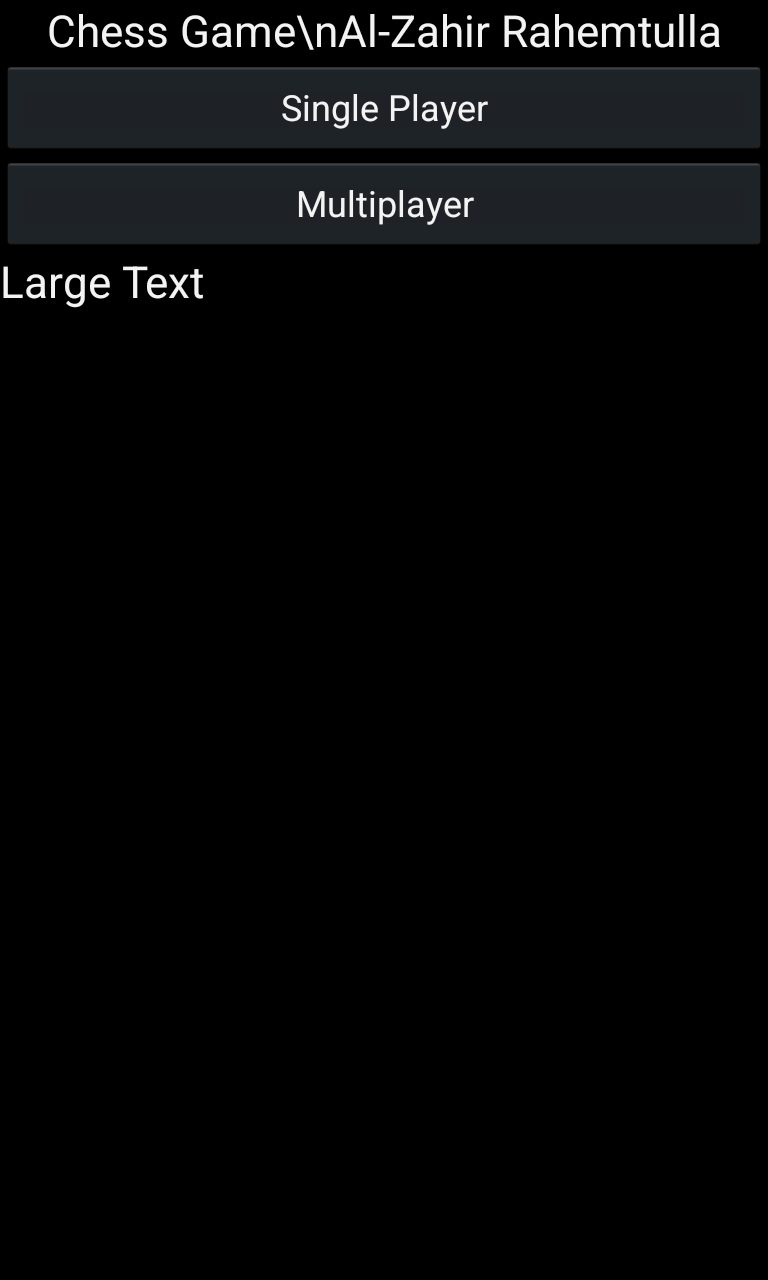
Repository: Al-Zahir/APCS
Layout: workspace/APCompFinal/res/layout/menu.xml
An editor plug-in stored every save of this project. The layout is shown before and after the next save, followed by the edit.
It is drawn on a 768 x 1280 px phone screen (xhdpi) without system bars, with theme android:Theme.Holo; the app's code is not run.

Above is the layout before, as saved 2015-06-01 13:19:50.

After the next save:
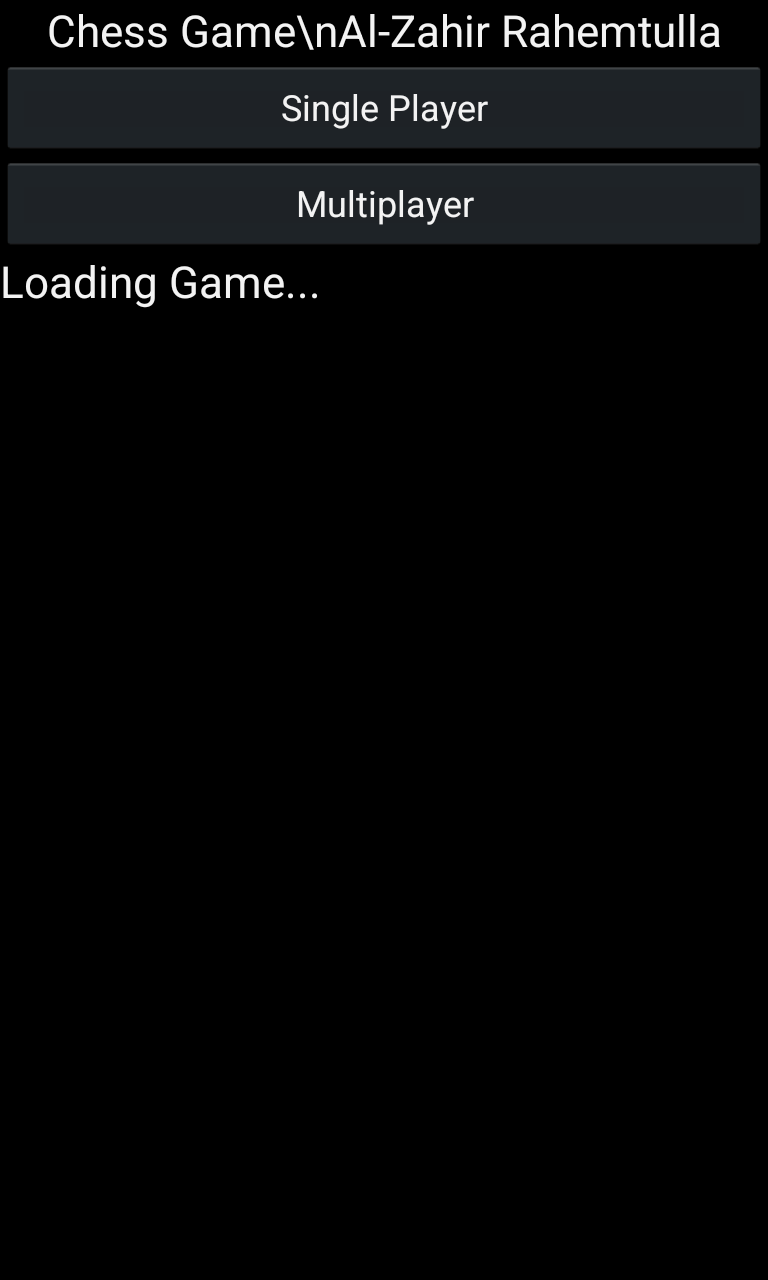
Saved 6 s later.
--- a/workspace/APCompFinal/res/layout/menu.xml
+++ b/workspace/APCompFinal/res/layout/menu.xml
@@ -28,7 +28,7 @@
         android:id="@+id/loadingMenu"
         android:layout_width="fill_parent"
         android:layout_height="wrap_content"
-        android:text="Large Text"
+        android:text="Loading Game..."
         android:textAppearance="?android:attr/textAppearanceLarge" />
 
 </LinearLayout>
